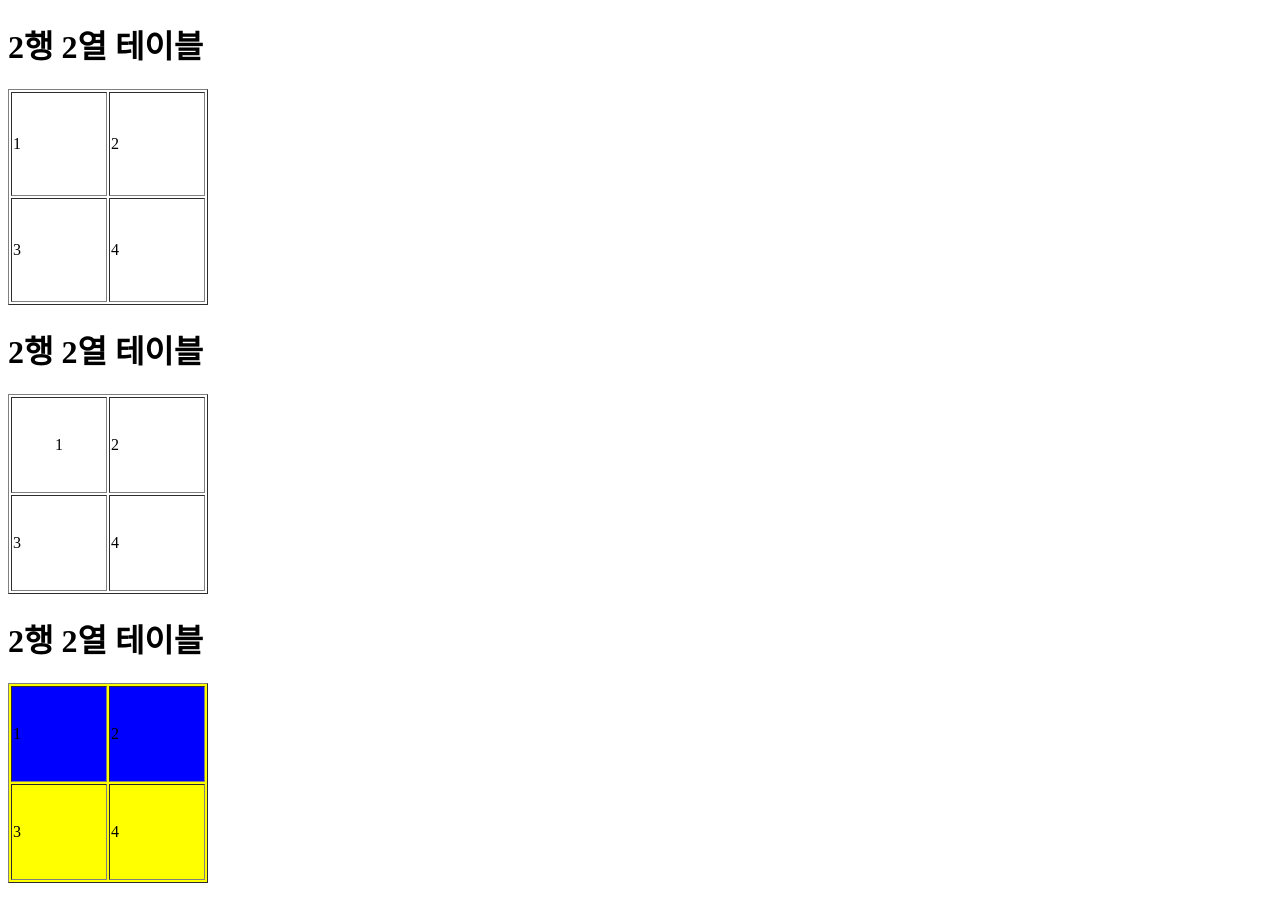
Repository: seula123/Front-End
Page: ClientTest/src/main/webapp/html/ex15_table.html
These files come from the project's save history. The page is drawn as it stood at one moment and after the next save; the edit follows.
The browser window is 1280 px wide. The pictures show the whole page.

Above is the page before, as saved 2023-09-21 00:41:23.

After the next save:
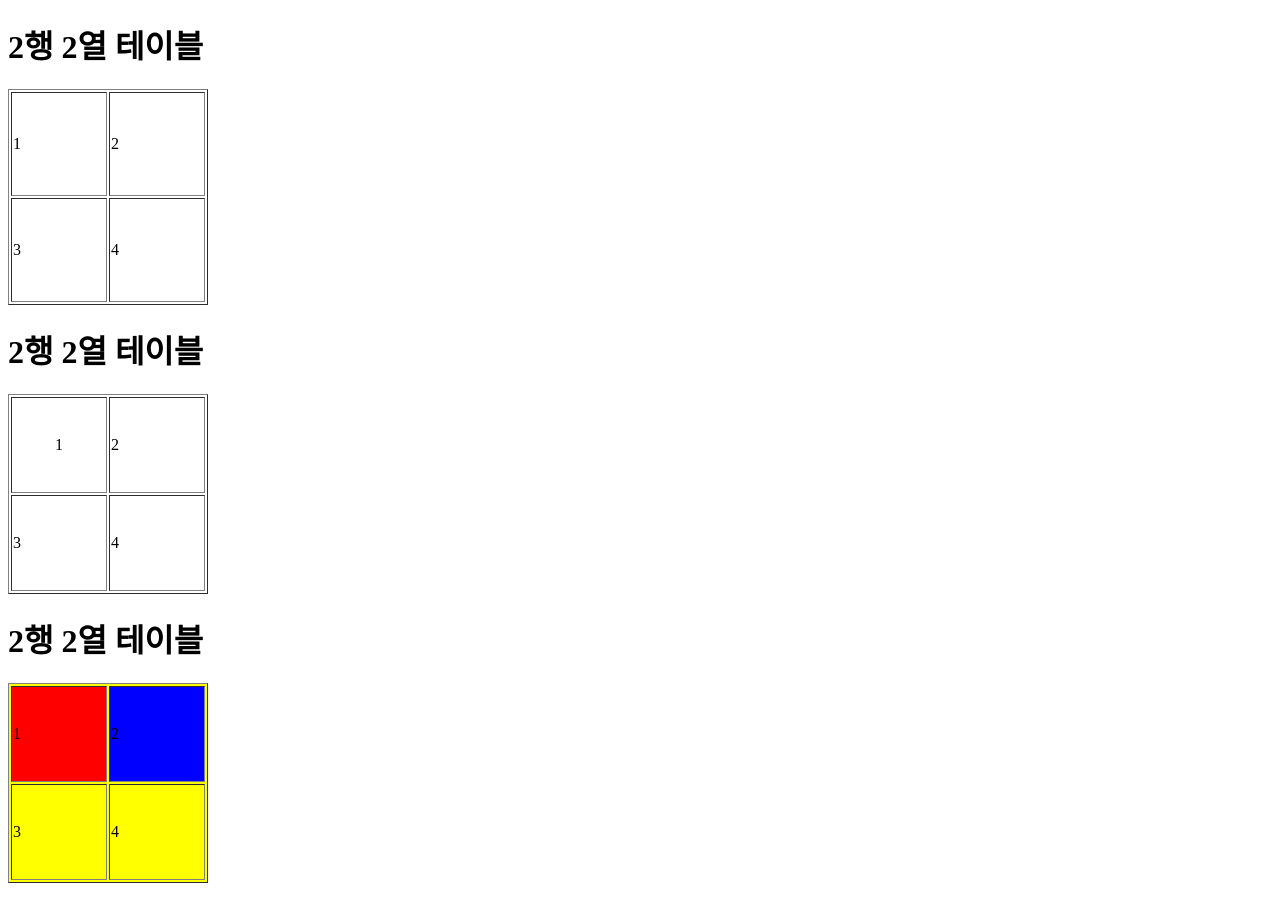
Saved 9 s later.
--- a/ClientTest/src/main/webapp/html/ex15_table.html
+++ b/ClientTest/src/main/webapp/html/ex15_table.html
@@ -71,7 +71,7 @@
 
 	<table border = "1" width = "200" height="200" bgcolor="yellow">
 		<tr bgcolor = "blue">
-			<td bg color = "red" >1</td>  <!--top bottom  -->
+			<td bgcolor = "red" >1</td>  <!--top bottom  -->
 			<td>2</td>
 		</tr>
 		<tr>
